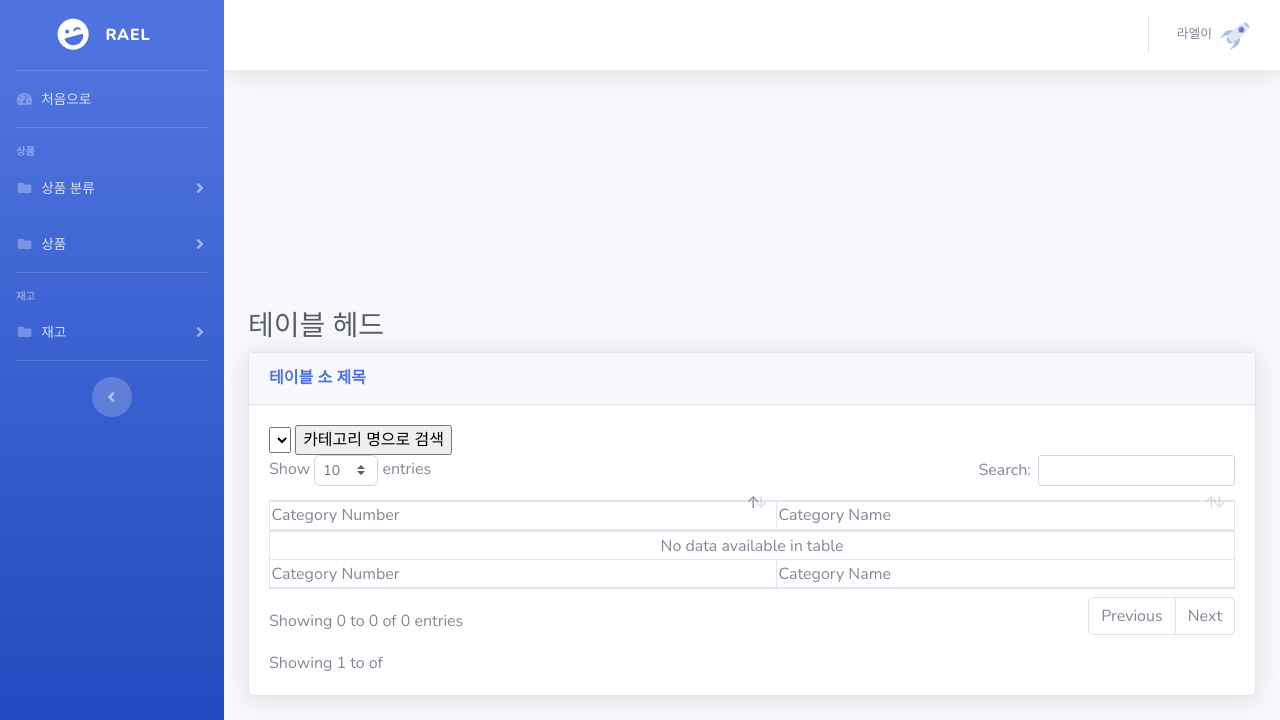
Repository: sww232/springRaelProject
Page: http://localhost/rael/WEB-INF/views/product/category_select.jsp
These files come from the project's save history. The page is drawn as it stood at one moment and after the next save; the edit follows.
The browser window is 1280 px wide. The pictures show the whole page.
The page is served by Tomcat 9. Nobody is signed in. Other server files are loaded and not shown. The template is opened directly, without the code that normally fills it, so the values that code supplies are empty.

Above is the page before, as saved 2022-10-06 18:27:31.

### raelproject3/rael/src/main/webapp/WEB-INF/views/product/category_select.jsp
<%@ page language="java" contentType="text/html; charset=UTF-8" pageEncoding="UTF-8"%>
<%@ taglib uri="http://java.sun.com/jsp/jstl/core" prefix="c" %>
<!DOCTYPE html>
<html>
	<head>
	 	<meta name="viewport" content="width=device-width, initial-scale=1, shrink-to-fit=no">
	    <meta name="description" content="">
	    <meta name="author" content="">
	    <meta charset="UTF-8">
			<title>카테고리 조회</title>

		<link href="/vendor/fontawesome-free/css/all.min.css" rel="stylesheet" type="text/css">
	    <link
	        href="https://fonts.googleapis.com/css?family=Nunito:200,200i,300,300i,400,400i,600,600i,700,700i,800,800i,900,900i"
	        rel="stylesheet">

	    <!-- Custom styles for this template -->
	    <link href="/css/sb-admin-2.min.css" rel="stylesheet">
	    <script src="/vendor/jquery/jquery.min.js"></script>
	    <script src="/vendor/bootstrap/js/bootstrap.bundle.min.js"></script>

	    <!-- Core plugin JavaScript-->
	    <script src="/vendor/jquery-easing/jquery.easing.min.js"></script>

	    <!-- Custom scripts for all pages-->
	    <script src="/js/sb-admin-2.min.js"></script>

	    <!-- Page level plugins -->
	    <script src="/vendor/datatables/jquery.dataTables.min.js"></script>
	    <script src="/vendor/datatables/dataTables.bootstrap4.min.js"></script>

	    <!-- Page level custom scripts -->
	    <script src="/js/demo/datatables-demo.js"></script>

	    <!-- Custom styles for this page -->
	    <link href="/vendor/datatables/dataTables.bootstrap4.min.css" rel="stylesheet">

	</head>
<body id="page-top">
	<div class="modal fade" id="moaModal1" tabindex="-1" role="dialog" aria-labelledby="exampleModalLabel" aria-hidden="true">

			<div class="modal-dialog" role="document">
				<div class="modal-content">
					<div class="modal-header">
						<h5 class="modal-title" id="exampleModalLabel">상품 등록을 위한 카테고리 선택</h5>
						<button class="close" type="button" data-dismiss="modal" aria-label="Close">
							<span aria-hidden="true">x</span>
						</button>
						</div>
						<div class="modal-body">
							<select name="categoryBox1" id="categoryBox1">
								<option value="defaultValue" selected></option>
								<c:forEach var="list" items="${categorynums}">
									<option value="${list}">
										${list}
									</option>
								</c:forEach>
							</select>
						</div>
					<div class="modal-footer">
						<button class="btn btn-primary" type="button" data-dismiss="modal">Cancel</button>
						<button class="btn btn-primary" type="submit" formaction="/product/product_insert">Choice</button>
					</div>
				</div>
			</div>
		</div>
		<div class="modal fade" id="moaModal2" tabindex="-1" role="dialog" aria-labelledby="exampleModalLabel" aria-hidden="true">

			<div class="modal-dialog" role="document">
				<div class="modal-content">
					<div class="modal-header">
						<h5 class="modal-title" id="exampleModalLabel">상품 추가 등록을 위한 카테고리 선택</h5>
						<button class="close" type="button" data-dismiss="modal" aria-label="Close">
							<span aria-hidden="true">x</span>
						</button>
						</div>
						<div class="modal-body">
							<select name="categoryBox2" id="categoryBox2">
								<option value="defaultValue" selected></option>
								<c:forEach var="list" items="${categorynums}">
									<option value="${list}">
										${list}
									</option>
								</c:forEach>
							</select>
						</div>
					<div class="modal-footer">
						<button class="btn btn-primary" type="button" data-dismiss="modal">Cancel</button>
						<button class="btn btn-primary" type="submit" formaction="/product/product_insert_detail">Choice</button>
					</div>
				</div>
			</div>
		</div>
		<div class="modal fade" id="moaModal3" tabindex="-1" role="dialog" aria-labelledby="exampleModalLabel" aria-hidden="true">

			<div class="modal-dialog" role="document">
				<div class="modal-content">
					<div class="modal-header">
						<h5 class="modal-title" id="exampleModalLabel">상품명/상세정보 수정을 위한 카테고리 선택</h5>
						<button class="close" type="button" data-dismiss="modal" aria-label="Close">
							<span aria-hidden="true">x</span>
						</button>
						</div>
						<div class="modal-body">
							<select name="categoryBox3" id="categoryBox3">
								<option value="defaultValue" selected></option>
								<c:forEach var="list" items="${categorynums}">
									<option value="${list}">
										${list}
									</option>
								</c:forEach>
							</select>
						</div>
					<div class="modal-footer">
						<button class="btn btn-primary" type="button" data-dismiss="modal">Cancel</button>
						<button class="btn btn-primary" type="submit" formaction="/product/product_update">Choice</button>
					</div>
				</div>
			</div>
		</div>
	</form>
	<div id="wrapper">
		 <ul class="navbar-nav bg-gradient-primary sidebar sidebar-dark accordion" id="accordionSidebar">

            <!-- Sidebar - Brand -->
            <a class="sidebar-brand d-flex align-items-center justify-content-center" href="/">
                <div class="sidebar-brand-icon rotate-n-15">
                    <i class="fas fa-laugh-wink"></i>
                </div>
                <div class="sidebar-brand-text mx-3">RAEL</div>
            </a>

            <!-- Divider -->
            <hr class="sidebar-divider my-0">

            <!-- Nav Item - Dashboard -->
            <li class="nav-item">
                <a class="nav-link" href="/">
                    <i class="fas fa-fw fa-tachometer-alt"></i>
                    <span>처음으로</span></a>
            </li>

            <!-- Divider -->
            <hr class="sidebar-divider">

            <!-- Heading -->
            <div class="sidebar-heading">
                상품
            </div>

            <!-- Nav Item - Pages Collapse Menu -->
            <li class="nav-item">
                <a class="nav-link collapsed" href="#" data-toggle="collapse" data-target="#collapseTwo"
                    aria-expanded="true" aria-controls="collapseTwo">
                    <i class="fas fa-fw fa-folder"></i>
                    <span>상품 분류</span>
                </a>
                <div id="collapseTwo" class="collapse" aria-labelledby="headingTwo" data-parent="#accordionSidebar">
                    <div class="bg-white py-2 collapse-inner rounded">
                        <h6 class="collapse-header">상풍 분류 탭</h6>
                        <a class="collapse-item" href="/product/category_select?page=1&recordSize=10&pageSize=10">상품 분류 조회</a>
                        <a class="collapse-item" href="/product/category_insert?insertresult=0">상품 분류 등록</a>
                        <a class="collapse-item" href="/product/category_update">상품 분류 수정</a>
                    </div>
                </div>
            </li>

            <!-- Nav Item - Utilities Collapse Menu -->
            <li class="nav-item">
                <a class="nav-link collapsed" href="#" data-toggle="collapse" data-target="#collapseUtilities"
                    aria-expanded="true" aria-controls="collapseUtilities">
                    <i class="fas fa-fw fa-folder"></i>
                    <span>상품</span>
                </a>
                <div id="collapseUtilities" class="collapse" aria-labelledby="headingUtilities"
                    data-parent="#accordionSidebar">
                    <div class="bg-white py-2 collapse-inner rounded">
                        <h6 class="collapse-header">상품 탭</h6>
                        <a class="collapse-item" href="/product/all_select?page=1&recordSize=10&pageSize=10">상품 조회</a>
                        <a class="collapse-item" href="#" data-toggle="modal" data-target="#moaModal1">
							<i class="fas fa-arrow-right"></i>상품 등록
						</a>
						<a class="collapse-item" href="#" data-toggle="modal" data-target="#moaModal2">
							<i class="fas fa-arrow-right"></i>상품 추가 등록
						</a>
						<a class="collapse-item" href="#" data-toggle="modal" data-target="#moaModal3">
							<i class="fas fa-arrow-right"></i>상품명/상세정보 수정
						</a>
                    </div>
                </div>
            </li>

            <!-- Divider -->
            <hr class="sidebar-divider">

            <!-- Heading -->
            <div class="sidebar-heading">
                재고
            </div>

            <!-- Nav Item - Pages Collapse Menu -->
            <li class="nav-item">
                <a class="nav-link collapsed" href="#" data-toggle="collapse" data-target="#collapsePages"
                    aria-expanded="true" aria-controls="collapsePages">
                    <i class="fas fa-fw fa-folder"></i>
                    <span>재고</span>
                </a>
                <div id="collapsePages" class="collapse" aria-labelledby="headingPages" data-parent="#accordionSidebar">
                    <div class="bg-white py-2 collapse-inner rounded">
                        <h6 class="collapse-header">재고</h6>
                        <a class="collapse-item" href="/stock/stock_select?page=1&recordSize=10&pageSize=10">재고 조회 및 입/출고</a>
                        <div class="collapse-divider"></div>
                        <h6 class="collapse-header">재고 입/출고</h6>
                        <a class="collapse-item" href="/stock/stock_history?page=1&recordSize=10&pageSize=10">내역</a>
                        <a class="collapse-item" href="/stock/stock_history_cancel?page=1&recordSize=10&pageSize=10">취소</a>
                    </div>
                </div>
            </li>

            <!-- Divider -->
            <hr class="sidebar-divider d-none d-md-block">

            <!-- Sidebar Toggler (Sidebar) -->
            <div class="text-center d-none d-md-inline">
                <button class="rounded-circle border-0" id="sidebarToggle"></button>
            </div>

        </ul>

        <!-- End of Sidebar -->

        <!-- Content Wrapper -->
        <div id="content-wrapper" class="d-flex flex-column">

            <!-- Main Content -->
            <div id="content">

                <!-- Topbar -->
                <nav class="navbar navbar-expand navbar-light bg-white topbar mb-4 static-top shadow">

                    <!-- Sidebar Toggle (Topbar) -->
                    <form class="form-inline">
                        <button id="sidebarToggleTop" class="btn btn-link d-md-none rounded-circle mr-3">
                            <i class="fa fa-bars"></i>
                        </button>
                    </form>

                    <!-- Topbar Search
                    <form
                        class="d-none d-sm-inline-block form-inline mr-auto ml-md-3 my-2 my-md-0 mw-100 navbar-search">
                        <div class="input-group">
                            <input type="text" class="form-control bg-light border-0 small" placeholder="Search for..."
                                aria-label="Search" aria-describedby="basic-addon2">
                            <div class="input-group-append">
                                <button class="btn btn-primary" type="button">
                                    <i class="fas fa-search fa-sm"></i>
                                </button>
                            </div>
                        </div>
                    </form>
					-->
                    <!-- Topbar Navbar -->
                    <ul class="navbar-nav ml-auto">

                        <!-- Nav Item - Search Dropdown (Visible Only XS) -->
                        <li class="nav-item dropdown no-arrow d-sm-none">
                            <a class="nav-link dropdown-toggle" href="#" id="searchDropdown" role="button"
                                data-toggle="dropdown" aria-haspopup="true" aria-expanded="false">
                                <i class="fas fa-search fa-fw"></i>
                            </a>
                            <!-- Dropdown - Messages -->
                            <div class="dropdown-menu dropdown-menu-right p-3 shadow animated--grow-in"
                                aria-labelledby="searchDropdown">
                                <form class="form-inline mr-auto w-100 navbar-search">
                                    <div class="input-group">
                                        <input type="text" class="form-control bg-light border-0 small"
                                            placeholder="Search for..." aria-label="Search"
                                            aria-describedby="basic-addon2">
                                        <div class="input-group-append">
                                            <button class="btn btn-primary" type="button">
                                                <i class="fas fa-search fa-sm"></i>
                                            </button>
                                        </div>
                                    </div>
                                </form>
                            </div>
                        </li>
                        <div class="topbar-divider d-none d-sm-block"></div>

                        <!-- Nav Item - User Information -->
                        <li class="nav-item dropdown no-arrow">
                            <a class="nav-link dropdown-toggle" href="#" id="userDropdown" role="button"
                                data-toggle="dropdown" aria-haspopup="true" aria-expanded="false">
                                <span class="mr-2 d-none d-lg-inline text-gray-600 small">라엘이</span>
                                <img class="img-profile rounded-circle"
                                    src="img/undraw_rocket.svg">
                            </a>
                            <!-- Dropdown - User Information -->
                            <div class="dropdown-menu dropdown-menu-right shadow animated--grow-in"
                                aria-labelledby="userDropdown">
                                <div class="dropdown-divider"></div>
                                <a class="dropdown-item" href="#" data-toggle="modal" data-target="#logoutModal">
                                    <i class="fas fa-sign-out-alt fa-sm fa-fw mr-2 text-gray-400"></i>
                                    Logout
                                </a>
                            </div>
                        </li>

                    </ul>

                </nav>
    	<!-- End of Topbar -->
    	</div>
    	<div class="container-fluid">
		<!-- Page Heading -->
		<h1 class="h3 mb-2 text-gray-800">테이블 헤드</h1>
		<div class="card shadow mb-4">
			<div class="card-header py-3">
			    <h6 class="m-0 font-weight-bold text-primary">테이블 소 제목</h6>
			</div>
			<div class="card-body">
				<div class="table-responsive">
					<div id="dataTable_wrapper" class="dataTables_wrapper dt-bootstrap4">
						<div class="row">
							<form>
								<div class="dataTable_filter" id="dataTable_filter">
									<select name="categoryBox" id="categoryBox">
										<option value="defaultValue" selected></option>
										<c:forEach var="list" items="${categorynums}">
											<option value="${list}">
												${list}
											</option>
										</c:forEach>
									</select>
									<input type="submit" value="카테고리 명으로 검색">
								</div>
							</form>
						</div>
						<div class="row">
							<div class="col-sm-12">
								<table class="table table-bordered" id="dataTable" width="100%" cellspacing="0">
									<thead>
										<tr>
											<td>Category Number</td>
											<td>Category Name</td>
										</tr>
									</thead>
									<tfoot>
										<tr>
											<td>Category Number</td>
											<td>Category Name</td>
										</tr>
									</tfoot>
									<tbody>
										<c:forEach items="${datas.list}" var="data">
											<tr>
												<td>${data.PRODUCTCATEGORYNUM}
												<td>${data.PRODUCTCATEGORYNAME}
											<tr>
										</c:forEach>
									</tbody>
								</table>
							</div>
						</div>
						<div class="row">
							<div class="col-sm-12 col-md-5">
								<div class="dataTables_info" id="dataTable_info" role="status" aria-live="polite">
									<c:if test="${shownumber >= allcount}">
										Showing ${datas.pagination.limitStart + 1} to ${allcount} of ${allcount}
									</c:if>
									<c:if test="${shownumber < allcount}">
										Showing ${datas.pagination.limitStart + 1} to ${datas.pagination.limitStart + 10} of ${allcount}
									</c:if>
								</div>
							</div>
							<div class="col-sm-12 col-md-7">
								<div class="dataTables_paginate paging_simple_numbers" id="dataTable_paginate">
									<ul class="pagination">
									    <c:if test="${datas.pagination.totalPageCount < 1}">
									        <li>0</li>
									    </c:if>
									    <c:if test="${datas.pagination.existPrevPage eq true}">
									    	<li class="paginate_button page-item previous">
									    		<a aria-controls="dataTable" data-dt-idx="${num}" class="page-link"
									    			href='<c:url value="/product/category_select?page=${datas.pagination.startPage-1}&recordSize=10&pageSize=10&categoryBox=${categoryBox}"/>'>PREVIOUS</a>
									    	</li>
									    </c:if>
									    <c:if test="${datas.pagination.totalPageCount > 0}">
									   		<c:forEach begin="${datas.pagination.startPage}" end="${datas.pagination.endPage}" var="num">
									   			<li class="paignate_button page-item">
									   				<a  aria-controls="dataTable" data-dt-idx="${num}" class="page-link"
									   					href='<c:url value="/product/category_select?page=${num}&recordSize=10&pageSize=100&categoryBox=${categoryBox}"/>'>${num}</a>
									   			</li>
									   		</c:forEach>
									    </c:if>
									    <c:if test="${datas.pagination.existNextPage eq true}">
									        <li class="paginate_button page-item next" id="dataTable_next">
									        	<a aria-controls="dataTable" data-dt-idx="${num}" class="page-link"
									        		href='<c:url value="/product/category_select?page=${datas.pagination.endPage+1}&recordSize=10&pageSize=10&categoryBox=${categoryBox}"/>'>NEXT</a>
									       </li>
									    </c:if>
						    		</ul>
					    		</div>
					    	</div>
						</div>
					</div>
				</div>
			</div>
		</div>
	</div>
</div>
</div>



</body>
</html>

### raelproject3/rael/src/main/resources/static/img/undraw_rocket.svg
<?xml version="1.0" encoding="utf-8"?>
<!-- Generator: Adobe Illustrator 25.0.0, SVG Export Plug-In . SVG Version: 6.00 Build 0)  -->
<svg version="1.1" id="b759170a-51c3-4e2f-999d-77dec9fd6d11"
	 xmlns="http://www.w3.org/2000/svg" xmlns:xlink="http://www.w3.org/1999/xlink" x="0px" y="0px" viewBox="0 0 650.9 610.5"
	 style="enable-background:new 0 0 650.9 610.5;" xml:space="preserve">
<style type="text/css">
	.st0{fill:#AFC0E0;}
	.st1{opacity:0.2;fill:#FFFFFF;enable-background:new    ;}
	.st2{opacity:0.1;enable-background:new    ;}
	.st3{fill:#E3E8F4;}
	.st4{fill:#4E73DF;}
</style>
<path class="st0" d="M174,321c-2-1.6-4.2-3-6.6-4.2c-51.8-26.2-157,67.8-157,67.8L0,372.7c0,0,42.1-43.8,92.4-117.3
	c45.2-66.1,150.7-51.8,171.4-48.3c2.3,0.4,3.6,0.7,3.6,0.7C298.7,288.3,174,321,174,321z"/>
<path class="st1" d="M269.4,213.9c-0.6-2-1.3-4-2-6c0,0-1.2-0.2-3.6-0.7c-20.7-3.5-126.2-17.8-171.4,48.3C42.1,329,0,372.7,0,372.7
	l5.9,6.7c0,0,42.1-43.8,92.4-117.3C143.3,196.3,248,210.2,269.4,213.9z"/>
<path class="st0" d="M337.7,533.4c-79.2,40.8-127.8,77.1-127.8,77.1l-10.5-11.9c0,0,111.1-96.8,85.3-150.9c-0.5-1.2-1.2-2.3-1.9-3.4
	c0,0,47.9-119.6,123.9-78.5c0,0,0.1,1,0.2,2.9C407.8,387.8,409.7,496.3,337.7,533.4z"/>
<path class="st2" d="M174,321c-2-1.6-4.2-3-6.6-4.2c29.3-38.9,61.5-75.5,96.3-109.7c2.3,0.4,3.6,0.7,3.6,0.7
	C298.7,288.3,174,321,174,321z"/>
<path class="st2" d="M406.9,368.6c-38.6,29.6-79.4,56.1-122.3,79.1c-0.5-1.2-1.2-2.3-1.9-3.4c0,0,47.9-119.6,123.9-78.5
	C406.7,365.7,406.8,366.7,406.9,368.6z"/>
<path class="st3" d="M263.6,455.5c-20.3,10.4-41.6,20.5-64,30.2c-33.6,14.6-51.5-2.2-80.7-91.5c0,0,12.5-22.5,37.2-57
	c54.3-75.8,167.5-209.1,336.1-286.7C542.7,27.1,596.1,10.1,650.9,0c0,0-9.1,68.8-62,160.1S439.1,365.3,263.6,455.5z"/>
<circle class="st0" cx="435.6" cy="199.7" r="71.6"/>
<path class="st4" d="M469.2,237.9c-21,18.6-53.1,16.6-71.7-4.5c-7.8-8.8-12.2-20-12.7-31.8c-0.2-4.7,0.3-9.4,1.4-14
	c0.5-2,1.1-4.1,1.9-6c2.9-7.7,7.7-14.5,13.8-19.9c0.3-0.3,0.6-0.5,0.9-0.8c17.1-14.4,41.5-15.9,60.3-3.8c3.5,2.3,6.7,4.9,9.5,7.9
	l1,1.1C492.2,187.2,490.2,219.3,469.2,237.9C469.2,237.8,469.2,237.9,469.2,237.9z"/>
<path class="st0" d="M588.9,160.1c-83-35.2-96.8-109.6-96.8-109.6C542.7,27,596.1,10.1,650.9,0C650.9,0,641.8,68.8,588.9,160.1z"/>
<path class="st0" d="M263.6,455.5c-13.7,7.1-27.9,13.9-42.6,20.7c-7,3.2-14.1,6.4-21.4,9.5c-10.9,4.7-51.5-2.2-80.7-91.5
	c0,0,4.1-7.3,12.1-20c6.1-9.6,14.5-22.2,25.1-37c0,0,11,33.2,41.1,67.3C215.8,425.7,238.4,443,263.6,455.5z"/>
<path class="st3" d="M221,476.2c-7,3.2-14.1,6.4-21.4,9.5c-10.9,4.7-51.5-2.2-80.7-91.5c0,0,4.1-7.3,12.1-20
	C131,374.2,170.2,456.9,221,476.2z"/>
<path class="st1" d="M463.2,157l-0.1,0l-60.1,3.9c-0.3,0.3-0.6,0.5-0.9,0.8c-6.2,5.4-10.9,12.3-13.8,19.9l84.5-16.6L463.2,157z"/>
<path class="st1" d="M438.8,194.3l-53.9,7.3c-0.2-4.7,0.3-9.4,1.4-14l52.8,1.4L438.8,194.3z"/>
<path class="st1" d="M131.7,408.7c0,0,12.5-22.5,37.2-57C223.2,276,336.4,142.7,504.9,65c45.6-21.1,93.3-36.9,142.5-47.3
	C650.1,6.4,650.9,0,650.9,0c-54.8,10.1-108.2,27-158.7,50.5c-168.6,77.7-281.8,211-336.1,286.7c-24.7,34.4-37.2,57-37.2,57
	c11.5,35.3,26.6,57,40.5,70.3C149.4,451.4,139.7,433.3,131.7,408.7z"/>
</svg>

Loaded but not shown: raelproject3/rael/src/main/resources/static/css/sb-admin-2.min.css (library); raelproject3/rael/src/main/resources/static/js/sb-admin-2.min.js (common file); raelproject3/rael/src/main/resources/static/js/demo/datatables-demo.js (common file)

After the next save:
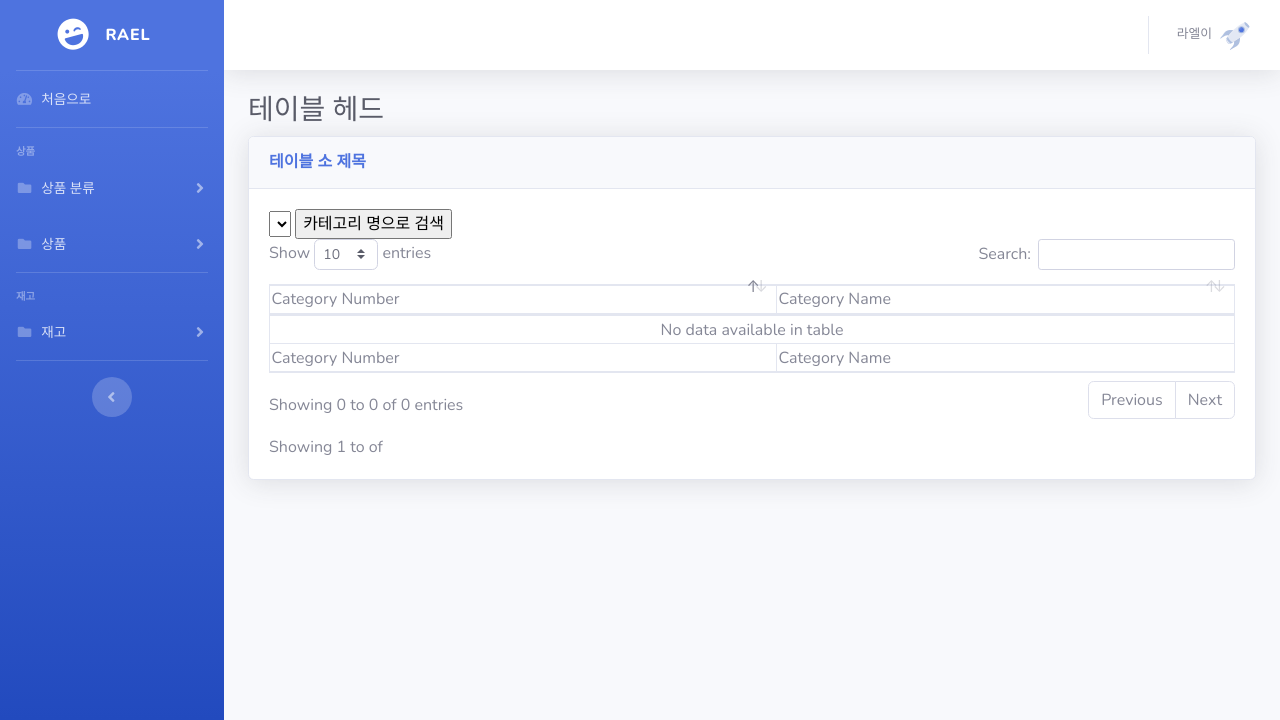
Saved 18 s later.
--- a/raelproject3/rael/src/main/webapp/WEB-INF/views/product/category_select.jsp
+++ b/raelproject3/rael/src/main/webapp/WEB-INF/views/product/category_select.jsp
@@ -310,7 +310,6 @@
 
                 </nav>
     	<!-- End of Topbar -->
-    	</div>
     	<div class="container-fluid">
 		<!-- Page Heading -->
 		<h1 class="h3 mb-2 text-gray-800">테이블 헤드</h1>
@@ -408,7 +407,8 @@
 			</div>
 		</div>
 	</div>
-</div>
+    	</div>
+	</div>
 </div>
 
 
